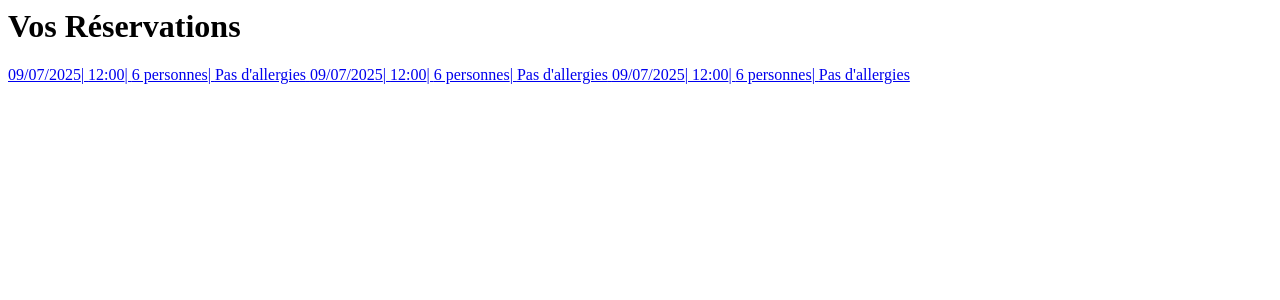
Repository: lemonhao9/QuaiAntiqueRestaurantFront
Page: pages/reservations/allResa.html
The author's editor kept a copy of each file at every save. The page is drawn from the files as they stood at one save, then again after the next save.
The browser window is 1280 px wide. The pictures show the whole page.

Above is the page before, as saved 2025-01-24 15:21:23.

After the next save:
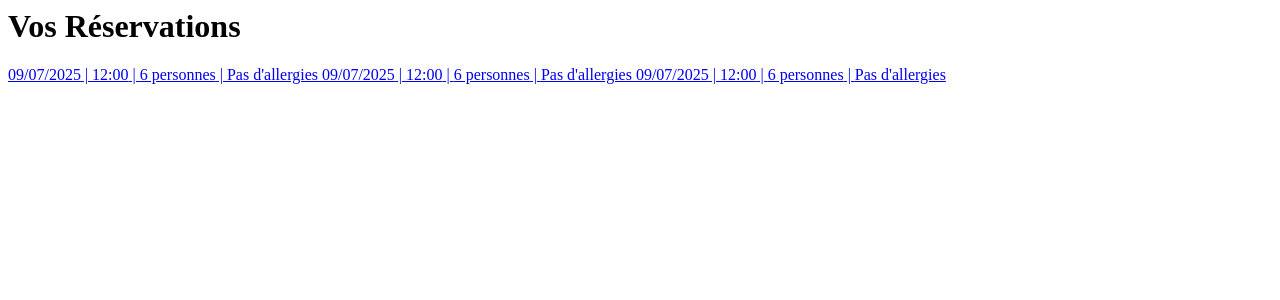
Saved 25 s later.
--- a/pages/reservations/allResa.html
+++ b/pages/reservations/allResa.html
@@ -6,21 +6,21 @@
 
 <div class="container text-center allreservations">
     <a href="#">
-        <span>09/07/2025</span>|
-        <span>12:00</span>|
-        <span>6 personnes</span>|
+        <span>09/07/2025</span> |
+        <span>12:00</span> |
+        <span>6 personnes</span> |
         <span>Pas d'allergies</span>
     </a>
     <a href="#">
-        <span>09/07/2025</span>|
-        <span>12:00</span>|
-        <span>6 personnes</span>|
+        <span>09/07/2025</span> |
+        <span>12:00</span> |
+        <span>6 personnes</span> |
         <span>Pas d'allergies</span>
     </a>
     <a href="#">
-        <span>09/07/2025</span>|
-        <span>12:00</span>|
-        <span>6 personnes</span>|
+        <span>09/07/2025</span> |
+        <span>12:00</span> |
+        <span>6 personnes</span> |
         <span>Pas d'allergies</span>
     </a>
 </div>
